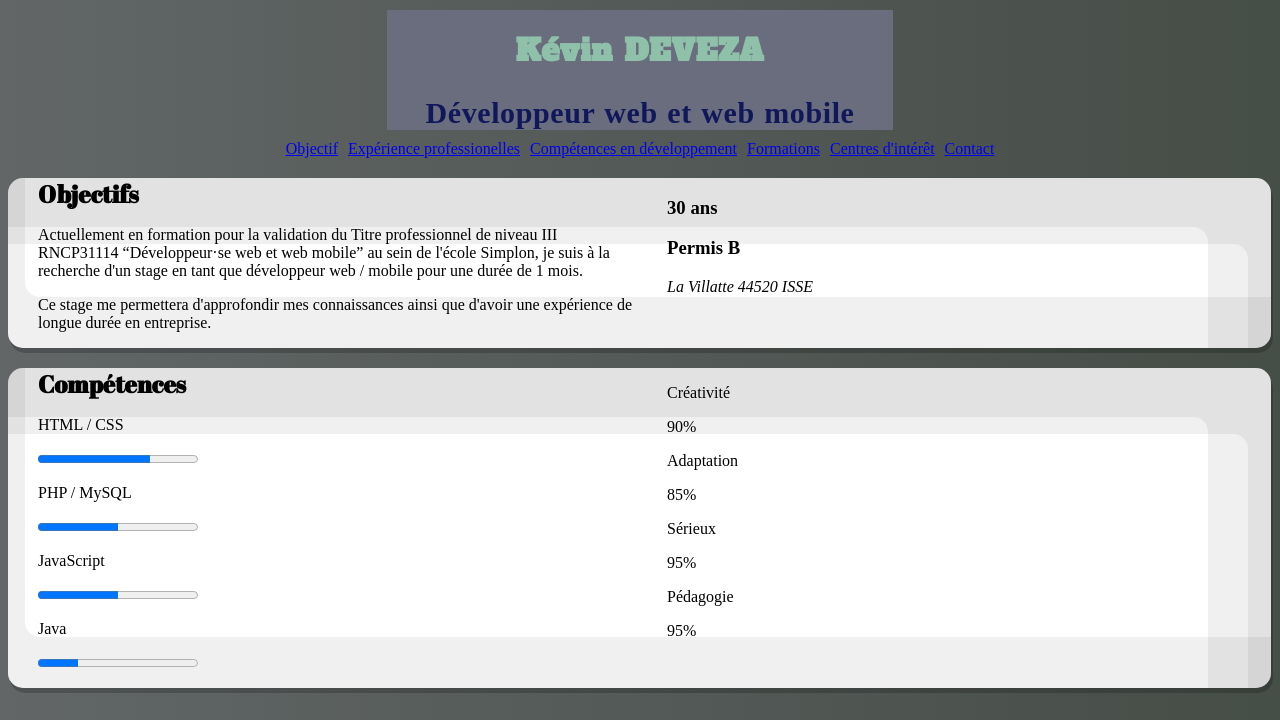
Repository: KevinDvZ/kevindvz.github.io
Page: index.html
The author's editor kept a copy of each file at every save. The page is drawn from the files as they stood at one save, then again after the next save.
The browser window is 1280 px wide. The pictures show the whole page.

Above is the page before, as saved 2020-10-27 20:48:58.

After the next save:
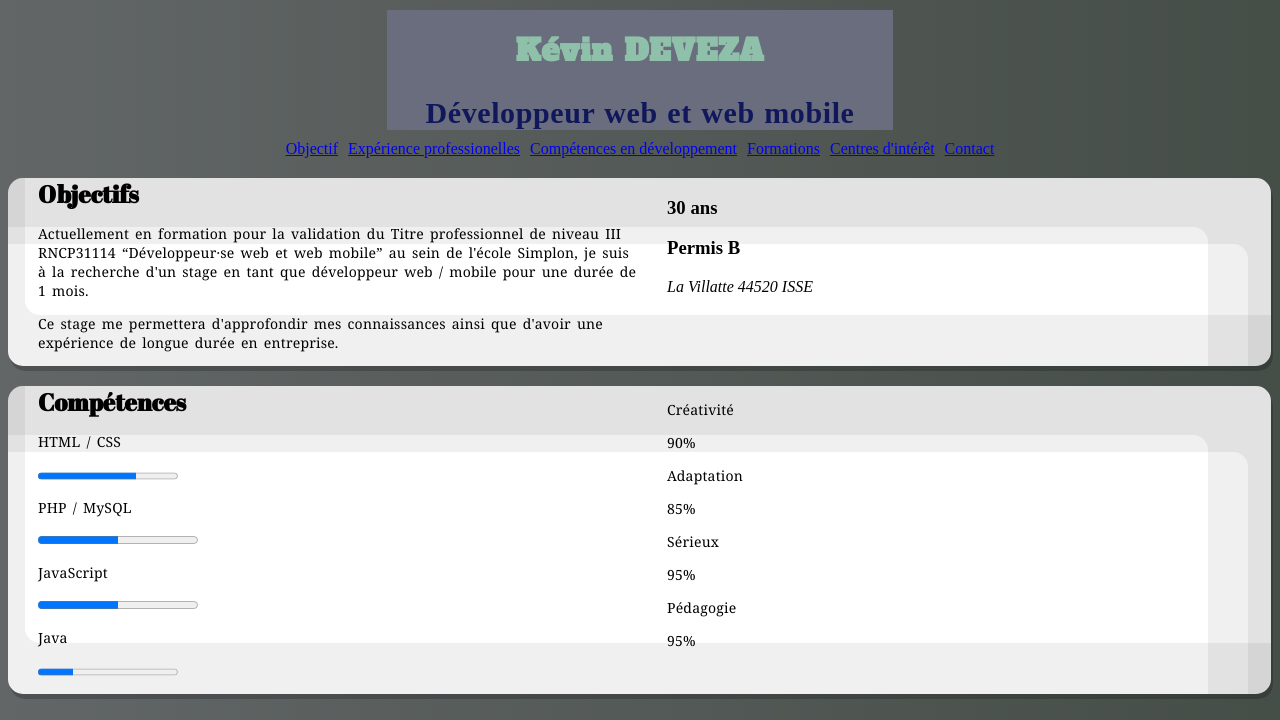
Saved 2 min 8 s later.
--- a/cv_deveza.css
+++ b/cv_deveza.css
@@ -35,6 +35,18 @@ nav {
   display: inline-block;
   text-align: center;
   width: 100%;
+}
+p {
+  font-family: Georgia, serif;
+  font-size: 14px;
+  letter-spacing: 0.2px;
+  word-spacing: 2.2px;
+  color: #000000;
+  font-weight: 400;
+  text-decoration: rgb(68, 68, 68);
+  font-style: normal;
+  font-variant: normal;
+  text-transform: none;
 }
 
 .menu {
